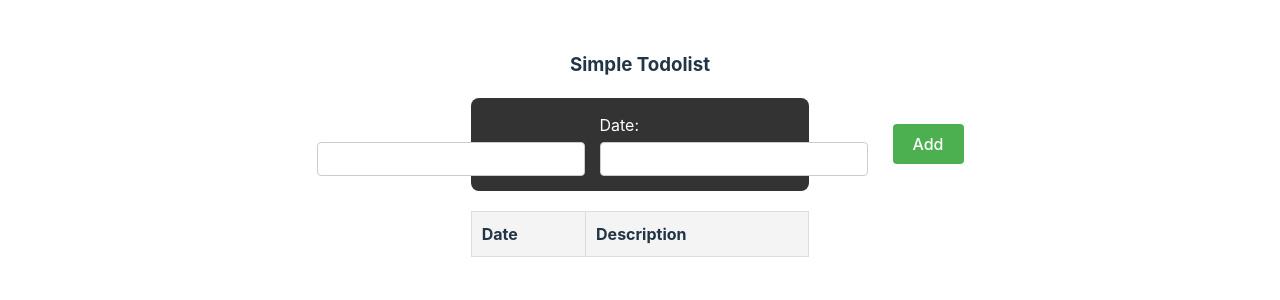
Repository: Aminul-Islam85/Todolist-with-delete
Page: /
These files come from the project's save history. The page is drawn as it stood at one moment and after the next save; the edit follows.
The browser window is 1280 px wide. The pictures show the whole page.
The project was rebuilt for these pictures with package versions that can differ from the ones it lists, and the page was loaded fresh each time. Also part of the build but not shown: vite.config.js.

Above is the page before, as saved 2024-09-16 23:41:44.

After the next save:
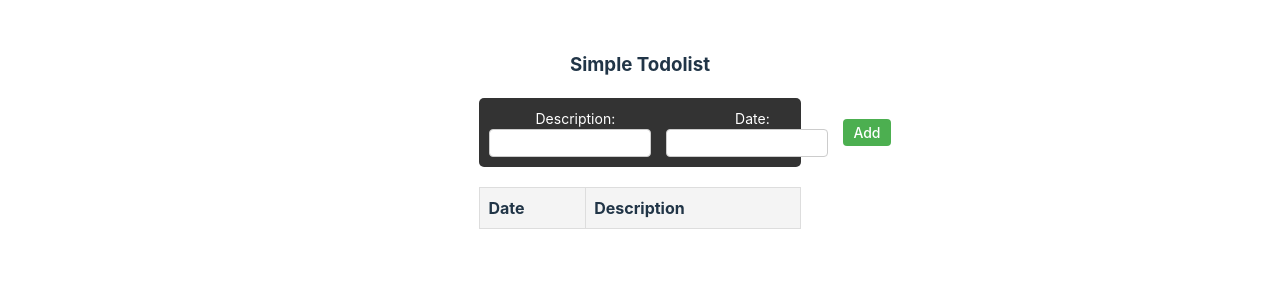
Saved 4 min 20 s later.
--- a/src/App.css
+++ b/src/App.css
@@ -44,7 +44,7 @@
 
 /* App.css */
 .todo-container {
-  width: 50%;
+  width: 60%;
   margin: 0 auto;
   text-align: center;
 }
@@ -52,40 +52,36 @@
 .input-group {
   display: flex;
   align-items: center;
-  justify-content: center;
+  justify-content: space-between;
+  background-color: #333;
+  padding: 10px;
+  border-radius: 5px;
   margin-bottom: 20px;
-  background-color: #333;
-  padding: 15px;
-  border-radius: 8px;
 }
 
-.input-group label {
-  display: flex;
-  flex-direction: column;
-  margin-right: 15px;
+label {
   color: white;
-  font-size: 16px;
-  text-align: left;
+  font-size: 14px;
+  margin-right: 5px;
 }
 
 .todo-input, .date-input {
-  padding: 8px;
-  margin-top: 5px;
+  padding: 5px;
   border: 1px solid #ccc;
   border-radius: 4px;
   font-size: 14px;
-  width: 250px;
+  width: 150px;
+  margin-right: 10px;
 }
 
 .add-button {
-  padding: 10px 20px;
+  padding: 5px 10px;
   background-color: #4CAF50;
   color: white;
   border: none;
   border-radius: 4px;
   cursor: pointer;
-  font-size: 16px;
-  margin-left: 10px;
+  font-size: 14px;
 }
 
 .add-button:hover {
@@ -94,13 +90,13 @@
 
 .todo-table {
   width: 100%;
-  margin-top: 20px;
+  margin-top: 10px;
   border-collapse: collapse;
 }
 
 .todo-table th, .todo-table td {
   border: 1px solid #ddd;
-  padding: 10px;
+  padding: 8px;
   text-align: left;
 }
 
@@ -111,7 +107,3 @@
 .todo-table tr:nth-child(even) {
   background-color: #f9f9f9;
 }
-
-.todo-table tr:hover {
-  background-color: #f1f1f1;
-}
